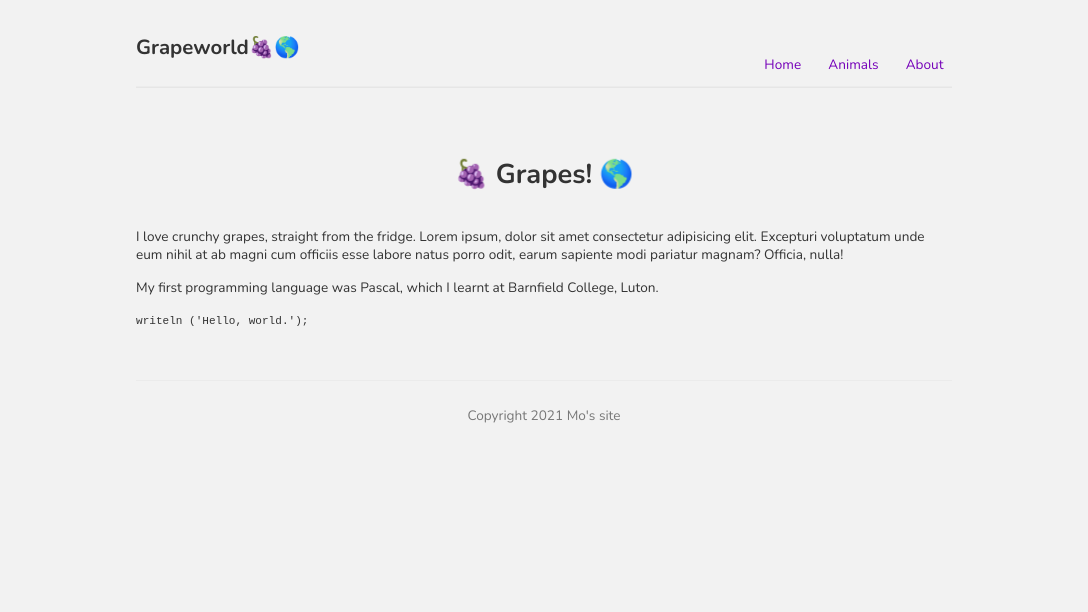
Repository: technogize/next-test-site
Page: /
These files come from the project's save history. The page is drawn as it stood at one moment and after the next save; the edit follows.
The browser window is 1280 px wide. The pictures show the whole page, at 85% of full size.
The project was rebuilt for these pictures with package versions that can differ from the ones it lists, and the page was loaded fresh each time. The framework's server and built-in components were replaced by stand-ins that run in the browser.

Above is the page before, as saved 2021-10-02 20:50:57.

### pages/index.js
import Head from 'next/head'
import styles from '../styles/Home.module.css'

export default function Home() {
  return (
    <div className={styles.container}>
      <Head>
        <title>Home | 🍇🌎 Grapeworld NextJS Site</title>
        <link rel="icon" href="/favicon.ico" />
      </Head>
      <main className={styles.main}>
        <h1 className={styles.title}>
          🍇 Grapes! 🌎
        </h1>
        <p>I love crunchy grapes, straight from the fridge. Lorem ipsum, dolor sit amet consectetur adipisicing elit. Excepturi voluptatum unde eum nihil at ab magni cum officiis esse labore natus porro odit, earum sapiente modi pariatur magnam? Officia, nulla!</p>
        <p>My first programming language was Pascal, which I learnt at Barnfield College, Luton.</p>
        <code className={styles.code}>
          writeln ('Hello, world.');
        </code>
      </main>
    </div>
  )
}

### styles/globals.css
@import url('https://fonts.googleapis.com/css2?family=Nunito:wght@300;400;600;700&display=swap');

body {
  background: #f2f2f2;
  color: #333;
  font-family: "Nunito";
}
a {
  color: rgb(117, 0, 185);
  text-decoration: none;
}
.content {
  max-width: 960px;
  margin: 0 auto;
}
nav {
  margin: 10px auto 80px;
  padding: 10px 0;
  display: flex;
  justify-content: flex-end;
  align-items: flex-end;
  border-bottom: 1px solid #ddd;
}
nav a {
  margin-left: 12px;
  padding: 5px 10px;
}
nav a:hover {
  background-color: #ddd;
}
nav .logo {
  margin-right: auto;
  cursor: pointer;
}
footer {
  display: block;
  text-align: center;
  padding: 30px 0;
  margin-top: 60px;
  color: #777;
  border-top: 1px solid #eaeaea;
}

### components/Layout.js
import React from 'react'
import Navbar from '../components/Navbar'
import Footer from '../components/Footer'

const Layout = props => {
    const { children } = props

    return (
        <div className='content'>
            <Navbar />
            {children}
            <Footer />
        </div>
    )
}

export default Layout

### styles/Home.module.css
.title {
  color: #333;
  padding-bottom: 20px;
  text-align: center;
}
.text {
  color: rgb(66, 61, 61);
}
.btn {
  display: block;
  width: 150px;
  padding: 8px 0;
  margin: 20px auto;
  background: rgb(46, 46, 46);
  border-radius: 4px;
  color: white;
  text-align: center;
}

.btn:hover {
  background: rgb(117, 117, 117);
}

### components/Navbar.js
import React from 'react'
import Link from 'next/link'

const Navbar = () => {
    return (
        <nav>
            <Link href="/">
                <div className='logo'>
                    <h1>Grapeworld🍇🌎</h1>
                </div>
            </Link>
            <Link href="/">Home</Link>
            <Link href="/animals">Animals</Link>
            <Link href="/about">About</Link>
        </nav>
    )
}

export default Navbar

### components/Footer.js
import React from 'react'

const Footer = () => {
    return (
        <footer className='Footer'>
            Copyright 2021 Mo's site
        </footer>
    )
}

export default Footer

Loaded but not shown: pages/_app.js (common file)

After the next save:
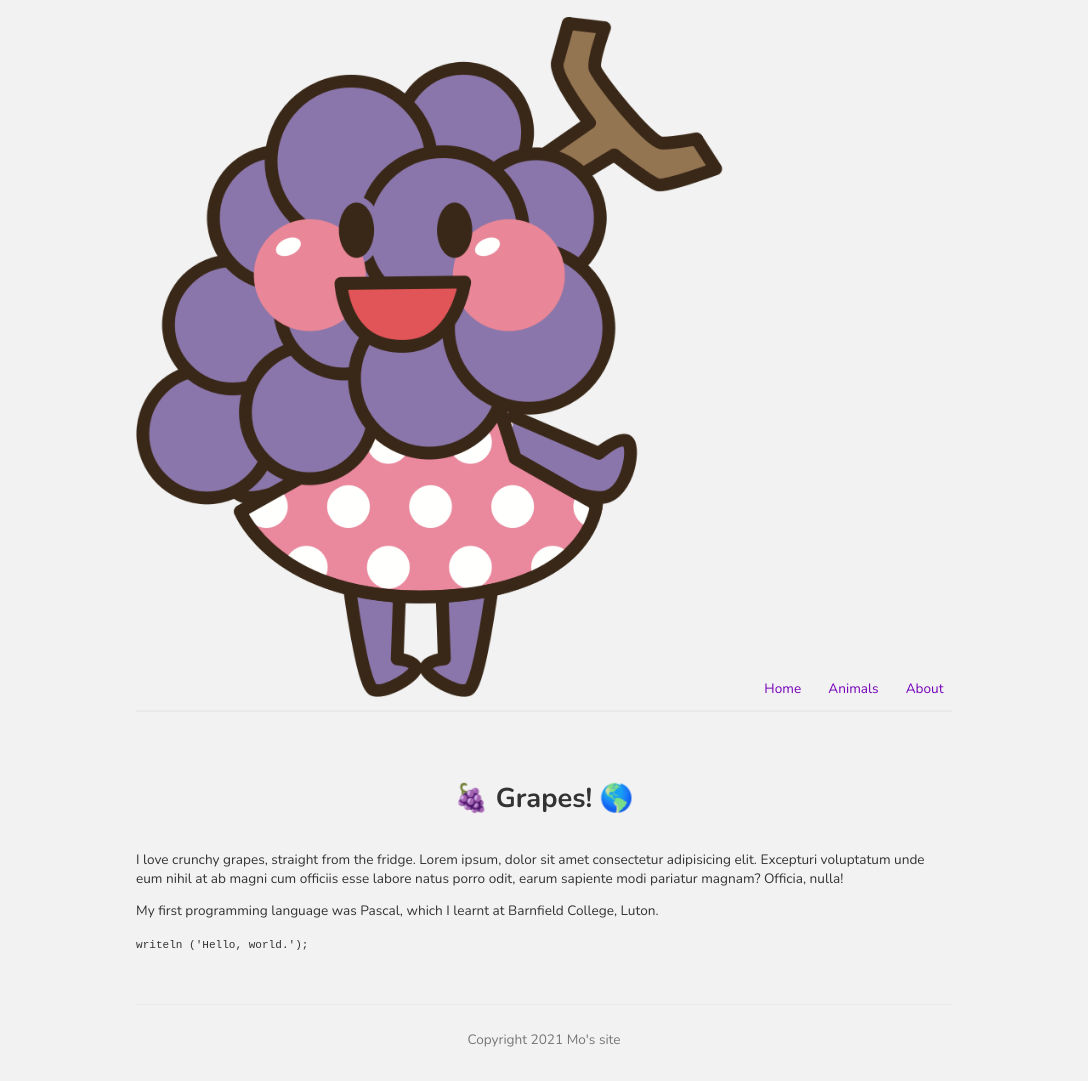
Saved 5 min 39 s later.
--- a/components/Navbar.js
+++ b/components/Navbar.js
@@ -6,7 +6,7 @@ const Navbar = () => {
         <nav>
             <Link href="/">
                 <div className='logo'>
-                    <h1>Grapeworld🍇🌎</h1>
+                    <img src='/img/grape-logo.png' />
                 </div>
             </Link>
             <Link href="/">Home</Link>
